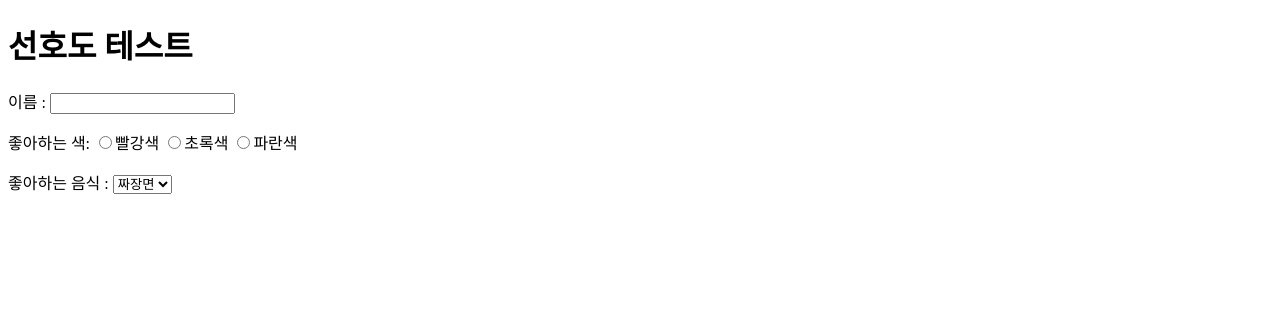
Repository: ddochiisrich/Ddochi-Web
Page: http://localhost/JSPStudyCh05Exam/ch0501ExamForm.jsp
The author's editor kept a copy of each file at every save. The page is drawn from the files as they stood at one save, then again after the next save.
The browser window is 1280 px wide. The pictures show the whole page.
The page is served by Tomcat 9.

Above is the page before, as saved 2024-04-05 04:29:01.

### JSPStudyCh05Exam/src/main/webapp/ch0501ExamForm.jsp
<%@ page language="java" contentType="text/html; charset=UTF-8"
    pageEncoding="UTF-8"%>
<!DOCTYPE html>
<html>
<head>
<meta charset="UTF-8">
<title>선호도 테스트</title>
</head>
<body>
	<h1>선호도 테스트</h1>
	<p>이름 : <input type="text" name="name"></p>
	<p>좋아하는 색: <input type="radio" name="colors" value="red">빨강색
				 <input type="radio" name="colors" value="green">초록색
				 <input type="radio" name="colors" value="blue">파란색 </p>
	<p>좋아하는 음식 : <select>
						<option value="짜장면">짜장면</option>
						<option value="짬뽕">짬뽕</option>
						<option value="볶음밥">볶음밥</option>
						<option value="탕수육">탕수육</option>
				   </select></p>

</body>
</html>

After the next save:
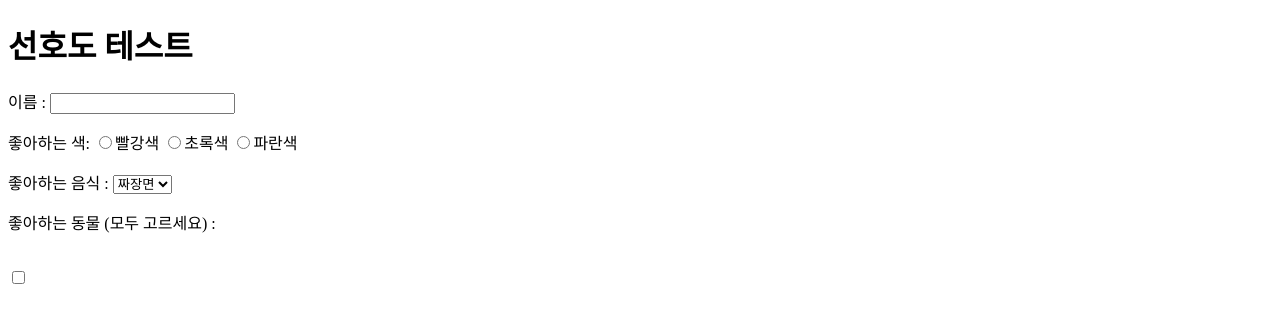
Saved 100 s later.
--- a/JSPStudyCh05Exam/src/main/webapp/ch0501ExamForm.jsp
+++ b/JSPStudyCh05Exam/src/main/webapp/ch0501ExamForm.jsp
@@ -18,6 +18,7 @@
 						<option value="볶음밥">볶음밥</option>
 						<option value="탕수육">탕수육</option>
 				   </select></p>
-
+	<p>좋아하는 동물 (모두 고르세요) : </p><br>
+	<input type="checkbox" name >
 </body>
 </html>
